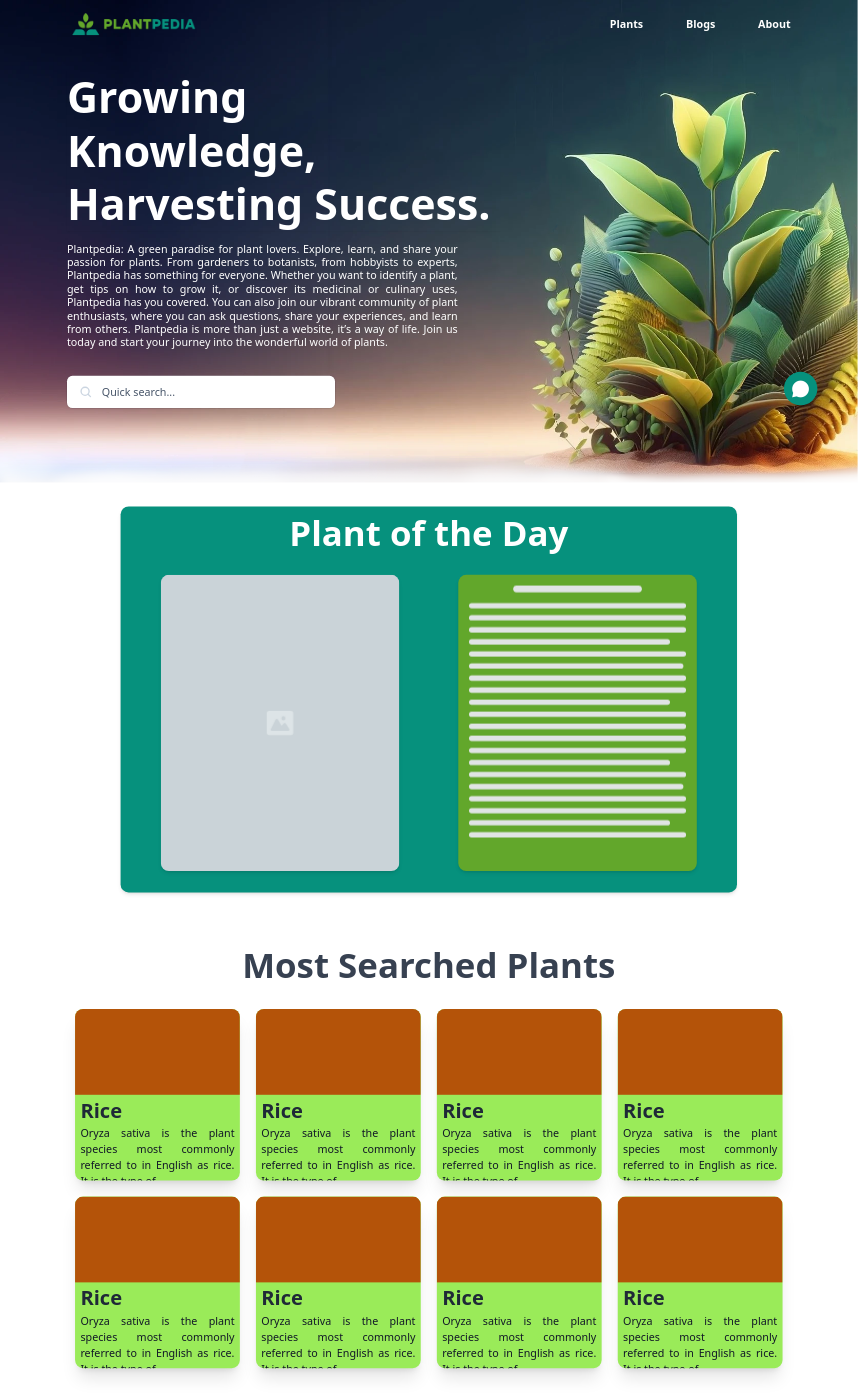
Repository: silham/PlantPedia
Page: /test/home
The author's editor kept a copy of each file at every save. The page is drawn from the files as they stood at one save, then again after a run of saves.
The browser window is 1280 px wide. The pictures show the whole page, at 67% of full size.
The page's requests for data from a server got no answer. The project was rebuilt for these pictures with package versions that can differ from the ones it lists, and the page was loaded fresh each time. The framework's server and built-in components were replaced by stand-ins that run in the browser. No one was signed in, and anything a server would have sent is missing. Also part of the build but not shown: next.config.js, app/components/SearchBox.css, app/test/Chat/style.css, app/utils/Formatter.ts.

Above is the page before, as saved 2023-10-16 16:32:43.

After the next 5 saves:
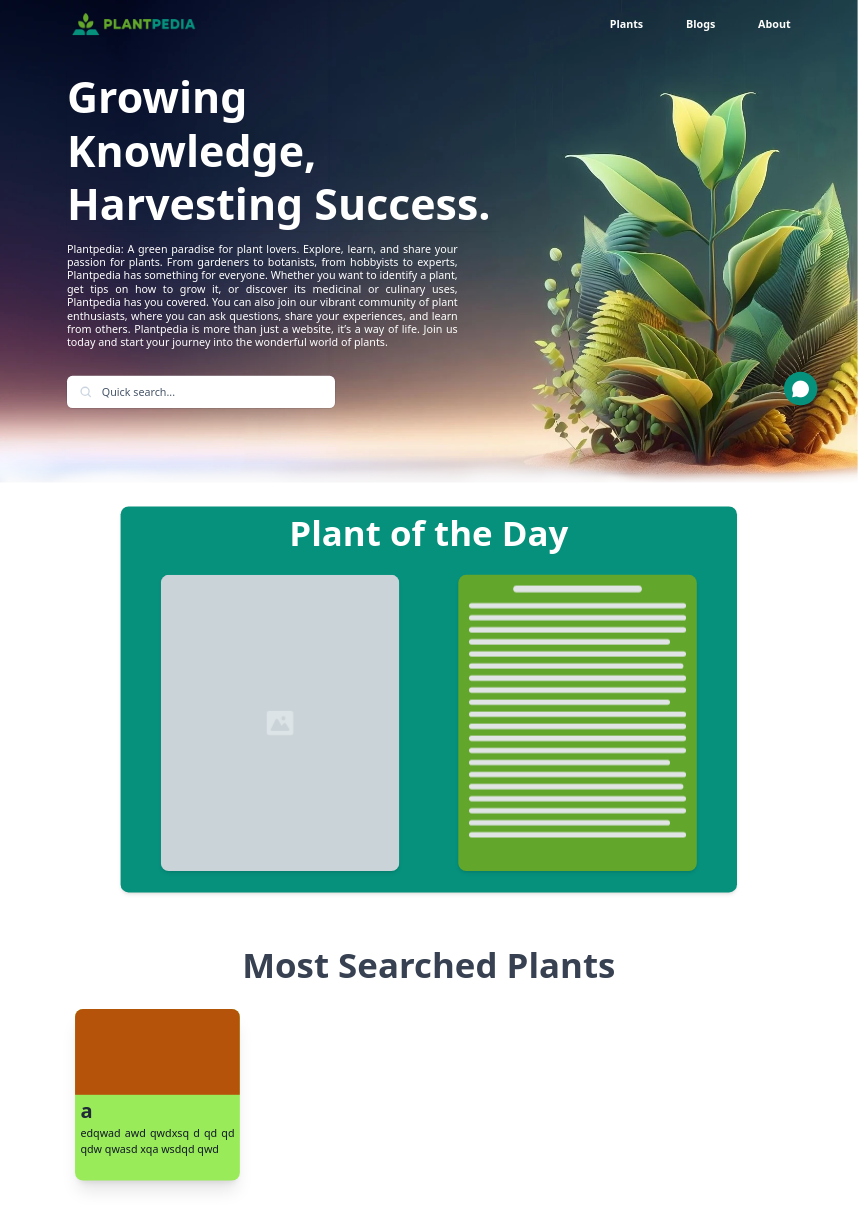
The 5 saves are shown as one change because 4 did not build or start.
The last was saved 32 min 41 s later.
--- a/app/test/home/PlantOfDay.tsx
+++ b/app/test/home/PlantOfDay.tsx
@@ -34,7 +34,7 @@ const PlantOfDay = () => {
         const vw = window.innerWidth;
         const vh = window.innerHeight;
         const imgWidth = Math.floor((vw - 232) * 0.4);
-        const imgHeight = Math.floor(vh * 0.8 - 48);
+        const imgHeight = Math.floor(vh * 0.8 * 0.85 - 48);
         setImgWH([imgWidth, imgHeight]);
       }
       isInitialized.current = true;
--- a/app/test/home/TrendingTopics.tsx
+++ b/app/test/home/TrendingTopics.tsx
@@ -10,14 +10,14 @@ const TrendingTopics = () => {
         </h3>
       </div>
       <div className="w-full flex flex-wrap mt-4">
-        <PlantCard />
-        <PlantCard />
-        <PlantCard />
-        <PlantCard />
-        <PlantCard />
-        <PlantCard />
-        <PlantCard />
-        <PlantCard />
+        <PlantCard
+          props={{
+            name: "a",
+            scf_name: "as c",
+            img: "",
+            dsc: "edqwad awd qwdxsq d qd qd qdw  qwasd xqa wsdqd qwd ",
+          }}
+        />
       </div>
     </div>
   );
--- a/app/test/home/PlantCard.tsx
+++ b/app/test/home/PlantCard.tsx
@@ -1,20 +1,29 @@
+import UrlGen from "@/app/utils/SlugGen";
 import TextShorter from "@/app/utils/TextShorter";
 import Link from "next/link";
 import React from "react";
 
-const PlantCard = () => {
+interface Props {
+  props: {
+    name: string;
+    dsc: string;
+    img: string;
+    scf_name: string;
+  };
+}
+
+const PlantCard = ({ props }: Props) => {
   return (
     <div className="w-[25%] p-3">
-      <Link href="#">
+      <Link href={UrlGen("plant", props.scf_name)}>
         <div className="w-full h-64 bg-[#9AEB59] rounded-xl shadow-xl overflow-hidden cursor-pointer hover:scale-105 duration-150 ease-in-out">
           <div className="w-full h-1/2 bg-amber-700"></div>
           <div className="w-full h-1/2 px-2">
-            <h5 className="text-gray-800 font-black text-[30px]">Rice</h5>
+            <h5 className="text-gray-800 font-black text-[30px]">
+              {props.name}
+            </h5>
             <p className="text-gray-900 font-medium text-[16px] text-justify">
-              {TextShorter(
-                "Oryza sativa is the plant species most commonly referred to in English as rice. It is the type of farmed rice whose cultivars are most common globally, and was first domesticated in the Yangtze River basin in China 13,500 to 8,200 years ago.",
-                100
-              )}
+              {TextShorter(props.dsc, 100)}
             </p>
           </div>
         </div>
